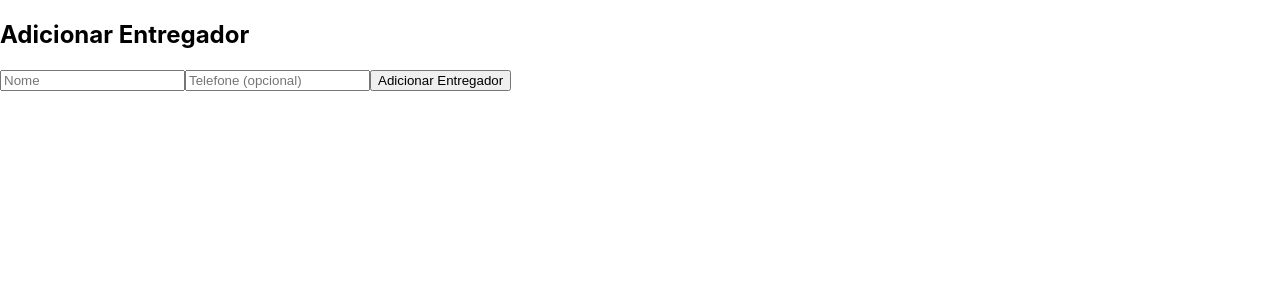
Repository: feliperanon/gestao-entregas
Page: /entregadores (app in frontend/)
The author's editor kept a copy of each file at every save. The page is drawn from the files as they stood at one save, then again after the next save.
The browser window is 1280 px wide. The pictures show the whole page.
The page's requests for data from a server got no answer. The project was rebuilt for these pictures with package versions that can differ from the ones it lists, and the page was loaded fresh each time. No one was signed in, and anything a server would have sent is missing. Also part of the build but not shown: frontend/src/pages/Clientes.js, frontend/src/pages/History.js, frontend/src/pages/Login.js, frontend/src/pages/Analise.js, frontend/src/pages/Dashboard.js.

Above is the page before, as saved 2024-06-30 07:46:30.

### frontend/src/App.js
import React from 'react';
import { BrowserRouter as Router, Route, Routes } from 'react-router-dom';
import Clientes from './pages/Clientes';
import Entregadores from './pages/Entregadores';
import History from './pages/History';
import Login from './pages/Login';
import Analise from './pages/Analise';
import Dashboard from './pages/Dashboard';

function App() {
  return (
    <Router>
      <Routes>
        <Route path="/" element={<Login />} />
        <Route path="/clientes" element={<Clientes />} />
        <Route path="/entregadores" element={<Entregadores />} />
        <Route path="/history" element={<History />} />
        <Route path="/analise" element={<Analise />} />
        <Route path="/dashboard" element={<Dashboard />} />
      </Routes>
    </Router>
  );
}

export default App;

### frontend/src/pages/Entregadores.js
import React, { useState } from 'react';
import api from '../services/api';

const Entregador = () => {
  const [form, setForm] = useState({ nome: '', telefone: '' });

  const handleChange = (e) => {
    setForm({ ...form, [e.target.name]: e.target.value });
  };

  const handleSubmit = async (e) => {
    e.preventDefault();
    try {
      const token = localStorage.getItem('token');
      await api.post('/entregadores', form, {
        headers: { Authorization: `Bearer ${token}` }
      });
      setForm({ nome: '', telefone: '' });
    } catch (error) {
      console.error('Error adding entregador:', error);
    }
  };

  return (
    <div>
      <h2>Adicionar Entregador</h2>
      <form onSubmit={handleSubmit}>
        <input name="nome" value={form.nome} onChange={handleChange} placeholder="Nome" required />
        <input name="telefone" value={form.telefone} onChange={handleChange} placeholder="Telefone (opcional)" />
        <button type="submit">Adicionar Entregador</button>
      </form>
    </div>
  );
};

export default Entregador;

Loaded but not shown: frontend/public/index.html (common file); frontend/src/index.js (common file); frontend/src/index.css (common file); frontend/src/reportWebVitals.js (common file); frontend/src/services/api.js (common file)

After the next save:
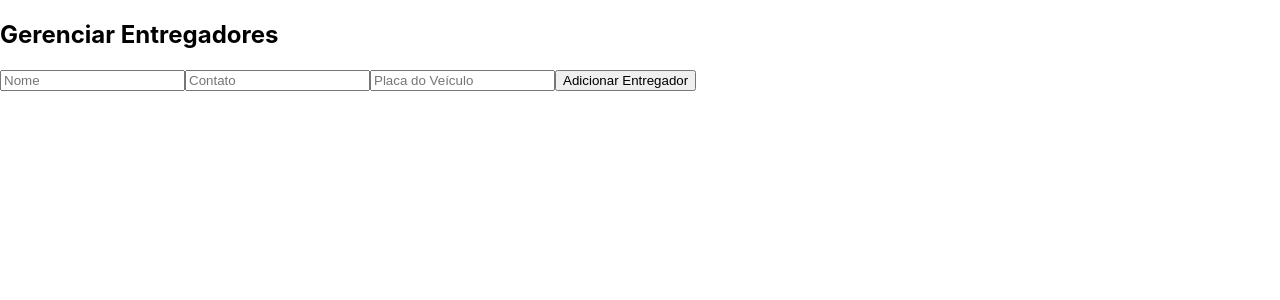
Saved 2 min 59 s later.
--- a/frontend/src/pages/Entregadores.js
+++ b/frontend/src/pages/Entregadores.js
@@ -1,8 +1,24 @@
-import React, { useState } from 'react';
+import React, { useState, useEffect } from 'react';
 import api from '../services/api';
 
-const Entregador = () => {
-  const [form, setForm] = useState({ nome: '', telefone: '' });
+const Entregadores = () => {
+  const [entregadores, setEntregadores] = useState([]);
+  const [form, setForm] = useState({ nome: '', contato: '', placaVeiculo: '' });
+
+  useEffect(() => {
+    const fetchEntregadores = async () => {
+      try {
+        const token = localStorage.getItem('token');
+        const response = await api.get('/entregadores', {
+          headers: { Authorization: `Bearer ${token}` }
+        });
+        setEntregadores(response.data);
+      } catch (error) {
+        console.error('Error fetching entregadores:', error);
+      }
+    };
+    fetchEntregadores();
+  }, []);
 
   const handleChange = (e) => {
     setForm({ ...form, [e.target.name]: e.target.value });
@@ -12,10 +28,11 @@ const Entregador = () => {
     e.preventDefault();
     try {
       const token = localStorage.getItem('token');
-      await api.post('/entregadores', form, {
+      const response = await api.post('/entregadores', form, {
         headers: { Authorization: `Bearer ${token}` }
       });
-      setForm({ nome: '', telefone: '' });
+      setEntregadores([...entregadores, response.data]);
+      setForm({ nome: '', contato: '', placaVeiculo: '' });
     } catch (error) {
       console.error('Error adding entregador:', error);
     }
@@ -23,14 +40,22 @@ const Entregador = () => {
 
   return (
     <div>
-      <h2>Adicionar Entregador</h2>
+      <h2>Gerenciar Entregadores</h2>
       <form onSubmit={handleSubmit}>
         <input name="nome" value={form.nome} onChange={handleChange} placeholder="Nome" required />
-        <input name="telefone" value={form.telefone} onChange={handleChange} placeholder="Telefone (opcional)" />
+        <input name="contato" value={form.contato} onChange={handleChange} placeholder="Contato" required />
+        <input name="placaVeiculo" value={form.placaVeiculo} onChange={handleChange} placeholder="Placa do Veículo" required />
         <button type="submit">Adicionar Entregador</button>
       </form>
+      <ul>
+        {entregadores.map((entregador) => (
+          <li key={entregador._id}>
+            {entregador.nome} - {entregador.contato} - {entregador.placaVeiculo}
+          </li>
+        ))}
+      </ul>
     </div>
   );
 };
 
-export default Entregador;
+export default Entregadores;
